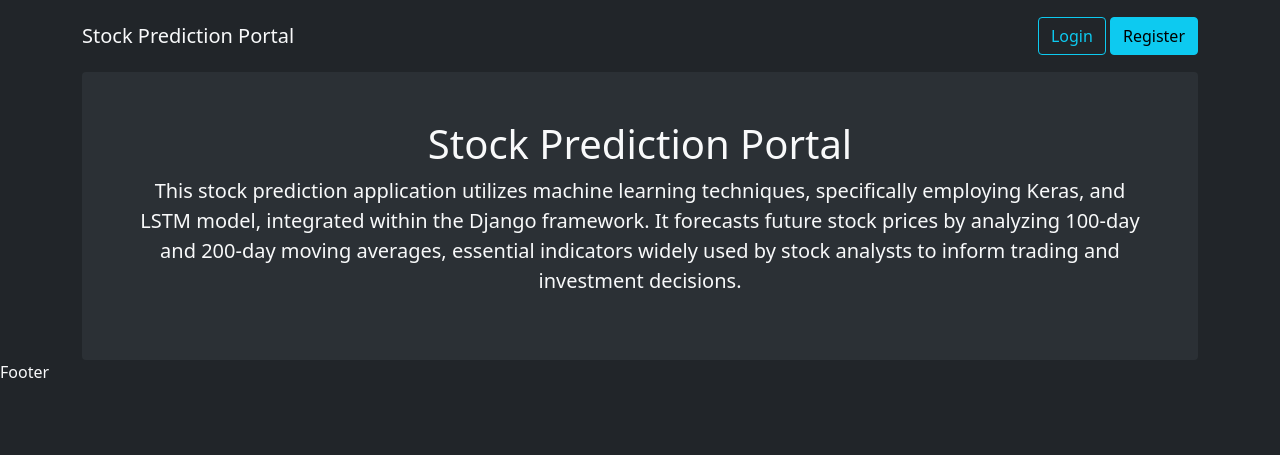
Repository: killerTiger10/stock-prediction-portal
Page: / (app in frontend-react/)
The author's editor kept a copy of each file at every save. The page is drawn from the files as they stood at one save, then again after the next save.
The browser window is 1280 px wide. The pictures show the whole page.
The project was rebuilt for these pictures with package versions that can differ from the ones it lists, and the page was loaded fresh each time. Also part of the build but not shown: frontend-react/vite.config.js.

Above is the page before, as saved 2025-06-14 00:08:09.

After the next save:
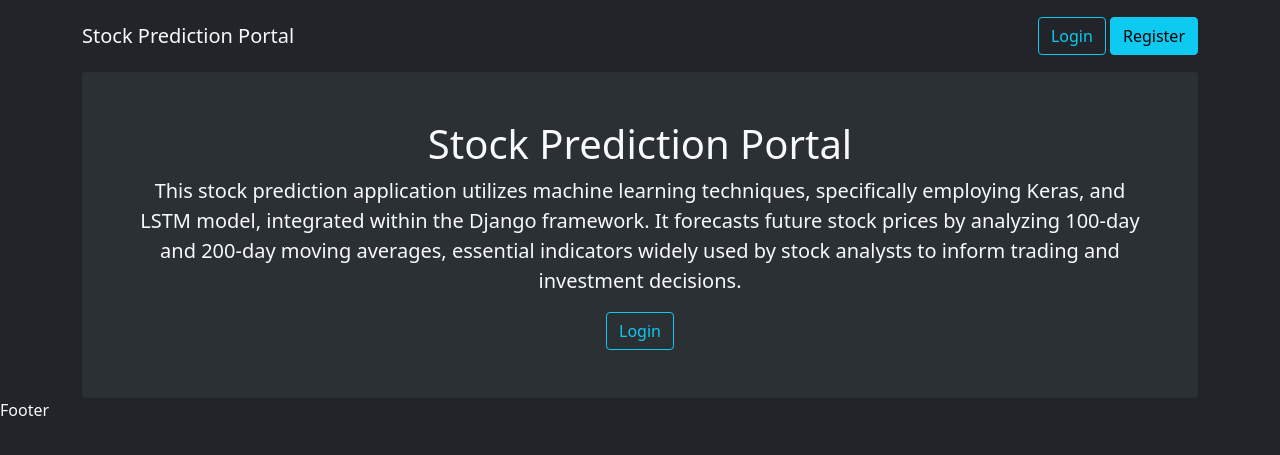
Saved 51 s later.
--- a/frontend-react/src/components/Main.jsx
+++ b/frontend-react/src/components/Main.jsx
@@ -14,6 +14,9 @@ const Main = () => {
             widely used by stock analysts to inform trading and investment
             decisions.
           </p>
+          <a href="" className="btn btn-outline-info">
+            Login
+          </a>
         </div>
       </div>
     </>
